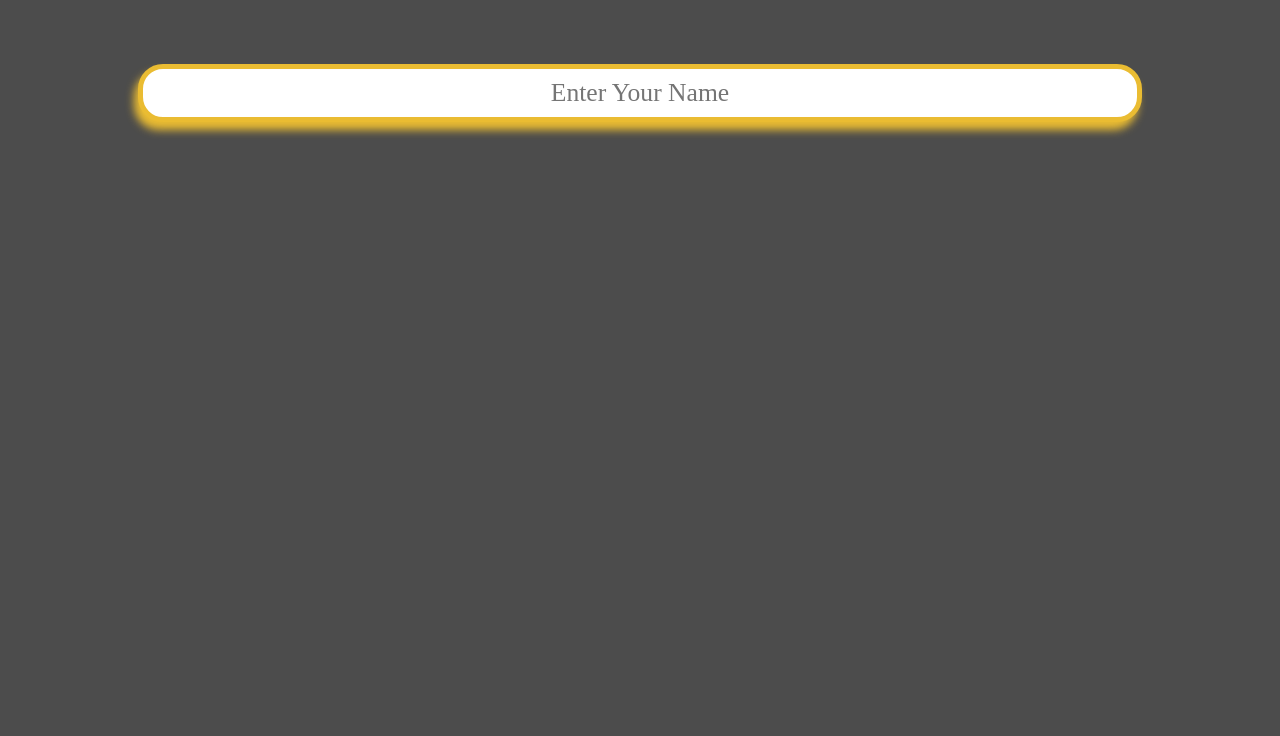
Repository: Haneef-Shaik/Greetings
Page: /
These files come from the project's save history. The page is drawn as it stood at one moment and after the next save; the edit follows.
The browser window is 1280 px wide. The pictures show the whole page.
The project was rebuilt for these pictures with package versions that can differ from the ones it lists, and the page was loaded fresh each time. The framework's server and built-in components were replaced by stand-ins that run in the browser. Also part of the build but not shown: next.config.js, styles/card.module.scss, components/card.js, styles/socialShare.module.scss, components/socialShare.js.

Above is the page before, as saved 2021-12-01 20:16:41.

### pages/_app.js
import '../styles/globals.css'
import 'bootstrap/dist/css/bootstrap.css'


function MyApp({ Component, pageProps }) {
  return <Component {...pageProps} />
}

export default MyApp

### pages/index.js
import Card from "../components/card.js";
import {useRouter} from 'next/router';
import Ss from "../components/socialShare"
import InpFrm from "../components/form"

export default function Home() {
  const {query} = useRouter();
  const myurls='https://gratefulprayerthankfulheart.com/wp-content/uploads/2014/12/aquawhitechristmastreegreeting.jpg';

  if(query.length > 0)
  {

    if(query.greeting)
    {
      return (
        <>
          <Card event={query.event} image={query.bgImg} name={query.name} greeting={query.greeting}  />
        </>
          )
    }
    else
    {
      return (
        <>
          <Card event={query.event} image={query.bgImg} name={query.name}  />
        </>
          )
    }

  }
  else
  {
    return (
        <>
          <InpFrm />
        </>
        )
  }
    // return (
    //   <>
        {/* <Card event='Event' image={myurls} name='Name' color='red' greeting="Lorem Ipsum is simply dummy text of the printing and typesetting industry. Lorem Ipsum has been thing software like Aldus PageMaker including versions of Lorem Ipsum."  /> */}
        {/* <Ss mylink="localhost:3000/name=haneef&event=christmas" /> */}
    {/*     <Ss mylink="localhost:3000/name=haneef&event=christmasW&sddsajnodsoduaibdadbksa" /> */}
    //   </>
    //     )

}

### components/form.js
/* eslint-disable no-undef */
import React, {useState,useRef} from 'react'

import 'bootstrap/dist/css/bootstrap.min.css';
import styles from '../styles/form.module.scss';
import IMAGE from 'next/image'


function Edit() {
    return (
        <div className="container-fluid p-2 "  style={{backgroundColor:'#4C4C4C'} }>
            <div className="container">
                <div className="row">
                    <div className="col-12">
                        <div className={styles.formContainer} >
                            <form>
                                <input type="text" placeholder="Enter Your Name" className="col-12 inpName" />
                            </form>
                        </div>
                    </div>
                </div>
            </div>
        </div>
    )
}


class InvitationCard extends React.Component{
    render(){
        return (

                <div className="body p-2" style={{backgroundColor: this.props.c,backgroundImage:`url(${this.props.im})`,backgroundSize:350,backgroundRepeat:'no-repeat'}} >
                    <h1 id="heading" style={{color: this.props.heading}}>{this.props.name}</h1>
                    <p style={{marginTop: "50px",color: this.props.content}}>{this.props.message}</p>
                    <p style={{color: this.props.content}} id="toWhom">{this.props.to}</p>
                </div>
        )
    }

}



export default Edit;

### styles/form.module.scss
.formContainer{
    padding:5%;
    height:100vh;
    background-color:#4C4C4C;
    // background: linear-gradient(#920000,#800000,#6D0000,#490000);
    input{
        text-align:center;
        font-family: 'Times New Roman', Times, serif;
        font-size:1.6rem;

        border:5px solid #EABC32;
        border-radius:25px;
        background-color:#fff;
        box-shadow: -4px 8px 8px #EABC32;
        line-height:3rem;

    }
}

Loaded but not shown: styles/globals.css (common file)

After the next save:
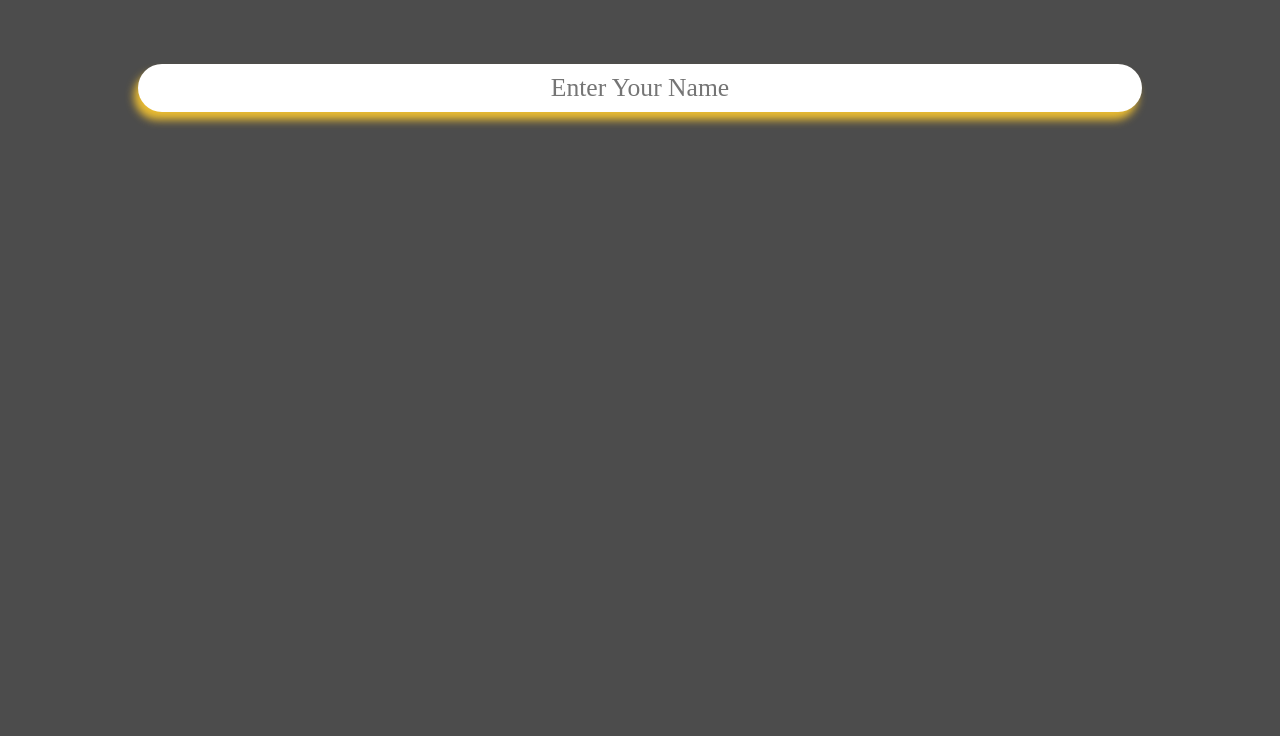
Saved 7 s later.
--- a/styles/form.module.scss
+++ b/styles/form.module.scss
@@ -8,7 +8,7 @@
         font-family: 'Times New Roman', Times, serif;
         font-size:1.6rem;
 
-        border:5px solid #EABC32;
+        border:none;
         border-radius:25px;
         background-color:#fff;
         box-shadow: -4px 8px 8px #EABC32;
